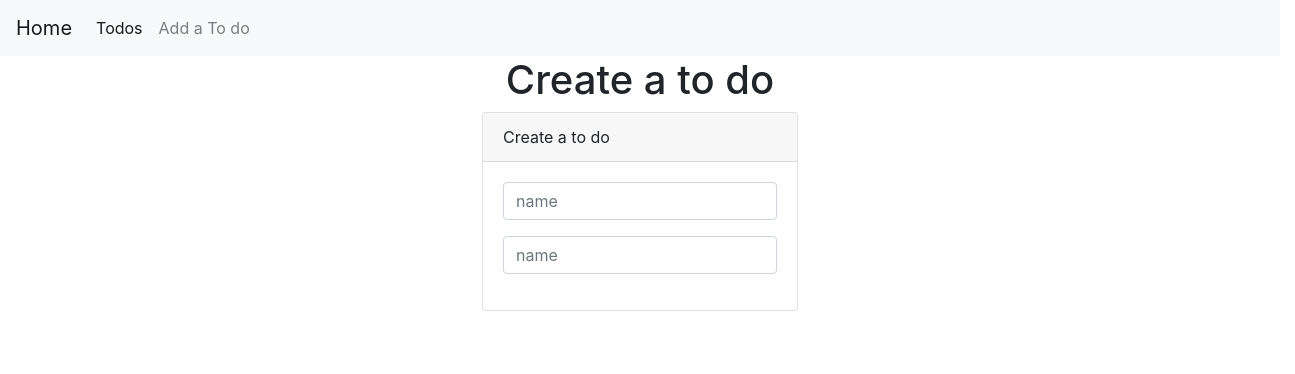
Repository: Azariagmt/laravel-to-do-app
Page: http://localhost/new-to-do
The author's editor kept a copy of each file at every save. The page is drawn from the files as they stood at one save, then again after the next save.
The browser window is 1280 px wide. The page is 1295 px wide, so the pictures cover 1295 px, including what lies to the right of the window. The pictures show the whole page.
The page is served by the project's Laravel application, run on PHP 8.4 with Laravel 8. Other server files are loaded and not shown.

Above is the page before, as saved 2020-04-27 22:48:59.

### routes/web.php
<?php

use Illuminate\Support\Facades\Route;

/*
|--------------------------------------------------------------------------
| Web Routes
|--------------------------------------------------------------------------
|
| Here is where you can register web routes for your application. These
| routes are loaded by the RouteServiceProvider within a group which
| contains the "web" middleware group. Now create something great!
|
*/

Route::get('/', function () {
    return view('welcome');
});

Route::get('/todos', 'TodosController@index')->name('todos');

Route::get('todos/{todo}', 'TodosController@show')->name('todo');

Route::get('/new-to-do', 'TodosController@new')->name('new');

### app/Http/Controllers/TodosController.php
<?php

namespace App\Http\Controllers;

use Illuminate\Http\Request;
use App\Todo;

class TodosController extends Controller
{
    public function index(){
        $todos = Todo::all();
        return view('todos.index', [
            'todos' => $todos
        ]);
    }
    public function show($todoId){

        $todo = Todo::find($todoId);
        return view('todos.show',[
            'todo' => $todo
        ]);
    }
    public function new(){
        return view('todos.new');
    }
}

### resources/views/todos/new.blade.php
@extends('layouts')

@section('content')
<h1 class="text-center">
Create a to do
</h1>
<div class="row justify-content-center">
<div class="card card-default">
<div class="card-header">
Create a to do
</div>
<div class="card-body">
<form action="">
<div class="form-group">
<input type="text" class="form-control" name="name" placeholder="name">
</div>
<div class="form-group">
<input type="text-area" class="form-control" name="name" placeholder="name">
</div>
</form>
</div>
</div>
</div>
@endsection

### resources/views/layouts.blade.php
<!DOCTYPE html>
<!--[if lt IE 7]>      <html class="no-js lt-ie9 lt-ie8 lt-ie7"> <![endif]-->
<!--[if IE 7]>         <html class="no-js lt-ie9 lt-ie8"> <![endif]-->
<!--[if IE 8]>         <html class="no-js lt-ie9"> <![endif]-->
<!--[if gt IE 8]><!--> <html class="no-js"> <!--<![endif]-->
    <head>
        <meta charset="utf-8">
        <meta http-equiv="X-UA-Compatible" content="IE=edge">
        <title>To do app</title>
        <meta name="description" content="">
        <meta name="viewport" content="width=device-width, initial-scale=1">
        <link rel="stylesheet" href="https://stackpath.bootstrapcdn.com/bootstrap/4.4.1/css/bootstrap.min.css" integrity="sha384-Vkoo8x4CGsO3+Hhxv8T/Q5PaXtkKtu6ug5TOeNV6gBiFeWPGFN9MuhOf23Q9Ifjh" crossorigin="anonymous">
        <link rel="stylesheet" href="">
    </head>
    <body>
        <!--[if lt IE 7]>
            <p class="browsehappy">You are using an <strong>outdated</strong> browser. Please <a href="#">upgrade your browser</a> to improve your experience.</p>
        <![endif]-->
        <nav class="navbar navbar-expand-lg navbar-light bg-light">
  <a class="navbar-brand" href="/">Home</a>
  <button class="navbar-toggler" type="button" data-toggle="collapse" data-target="#navbarNav" aria-controls="navbarNav" aria-expanded="false" aria-label="Toggle navigation">
    <span class="navbar-toggler-icon"></span>
  </button>
  <div class="collapse navbar-collapse" id="navbarNav">
    <ul class="navbar-nav">
      <li class="nav-item active">
        <a class="nav-link" href="{{route('todos')}}">Todos <span class="sr-only">(current)</span></a>
      </li>
      <li class="nav-item">
        <a class="nav-link" href="{{route('new')}}">Add a To do <span class="sr-only">(current)</span></a>
      </li>
    </ul>
  </div>
</nav>
        @yield('content')
        <script src="" async defer></script>
    </body>
</html>

Loaded but not shown: app/Http/Controllers/Controller.php (common file)

After the next save:
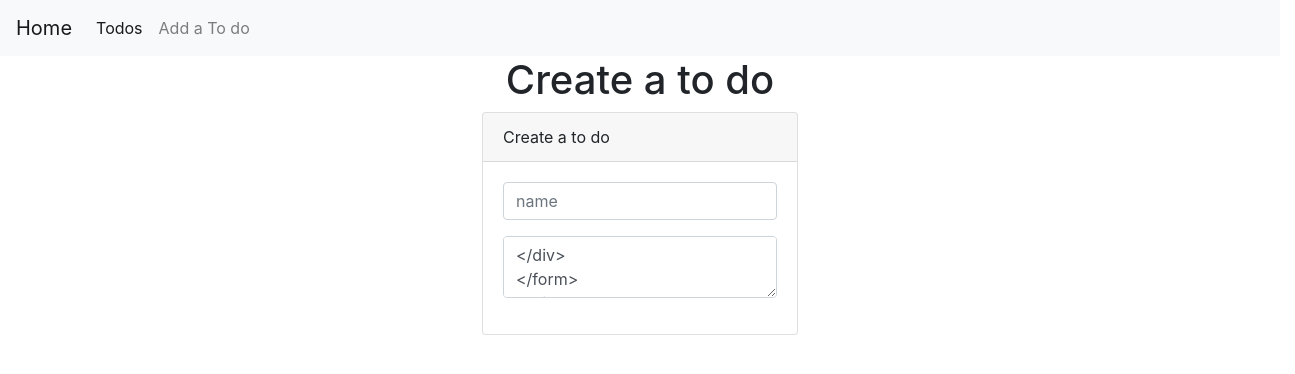
Saved 19 s later.
--- a/resources/views/todos/new.blade.php
+++ b/resources/views/todos/new.blade.php
@@ -15,7 +15,7 @@ Create a to do
 <input type="text" class="form-control" name="name" placeholder="name">
 </div>
 <div class="form-group">
-<input type="text-area" class="form-control" name="name" placeholder="name">
+<textarea type="text-area" class="form-control" name="name" placeholder="name">
 </div>
 </form>
 </div>
